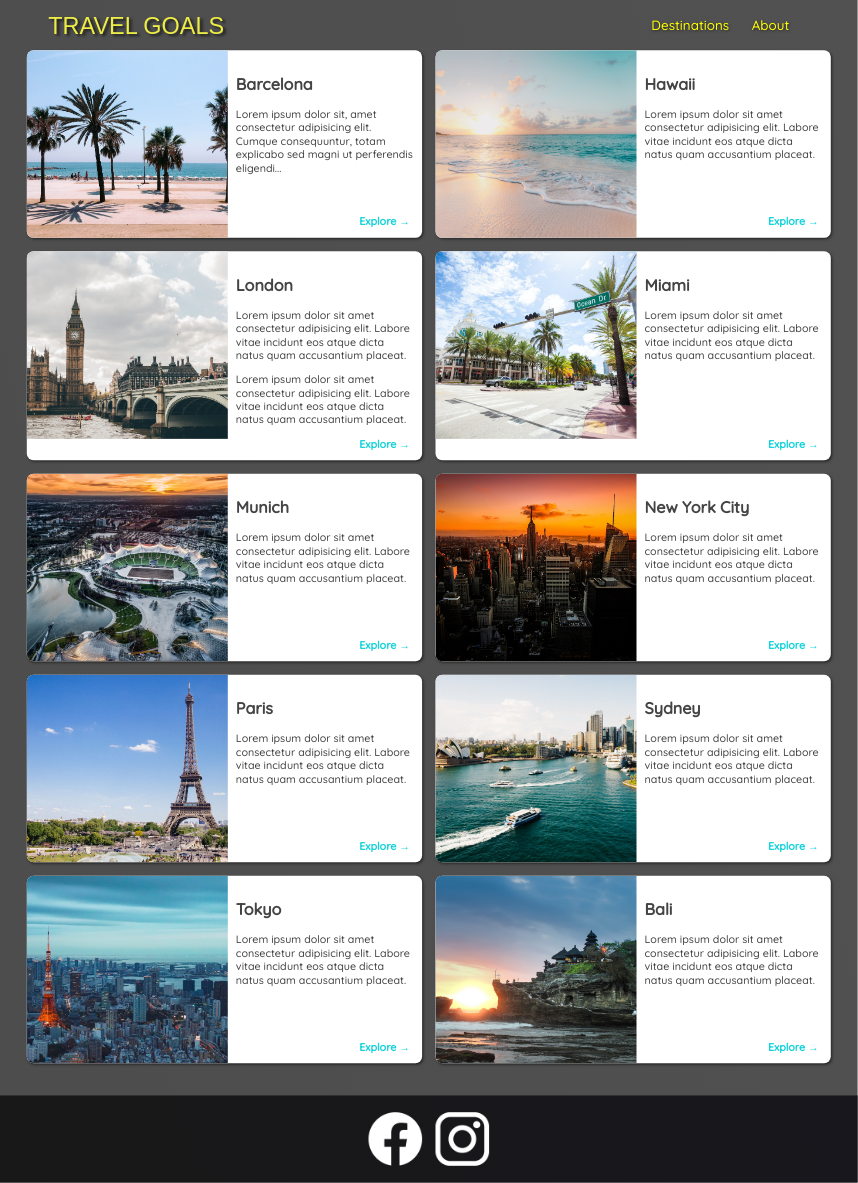
Repository: MicTomm/Travel-Goals
Page: places.html
The author's editor kept a copy of each file at every save. The page is drawn from the files as they stood at one save, then again after the next save.
The browser window is 1280 px wide. The pictures show the whole page, at 67% of full size.
Some web fonts or font styles are not loaded; a fallback is used.

Above is the page before, as saved 2023-06-09 10:38:31.

After the next save:
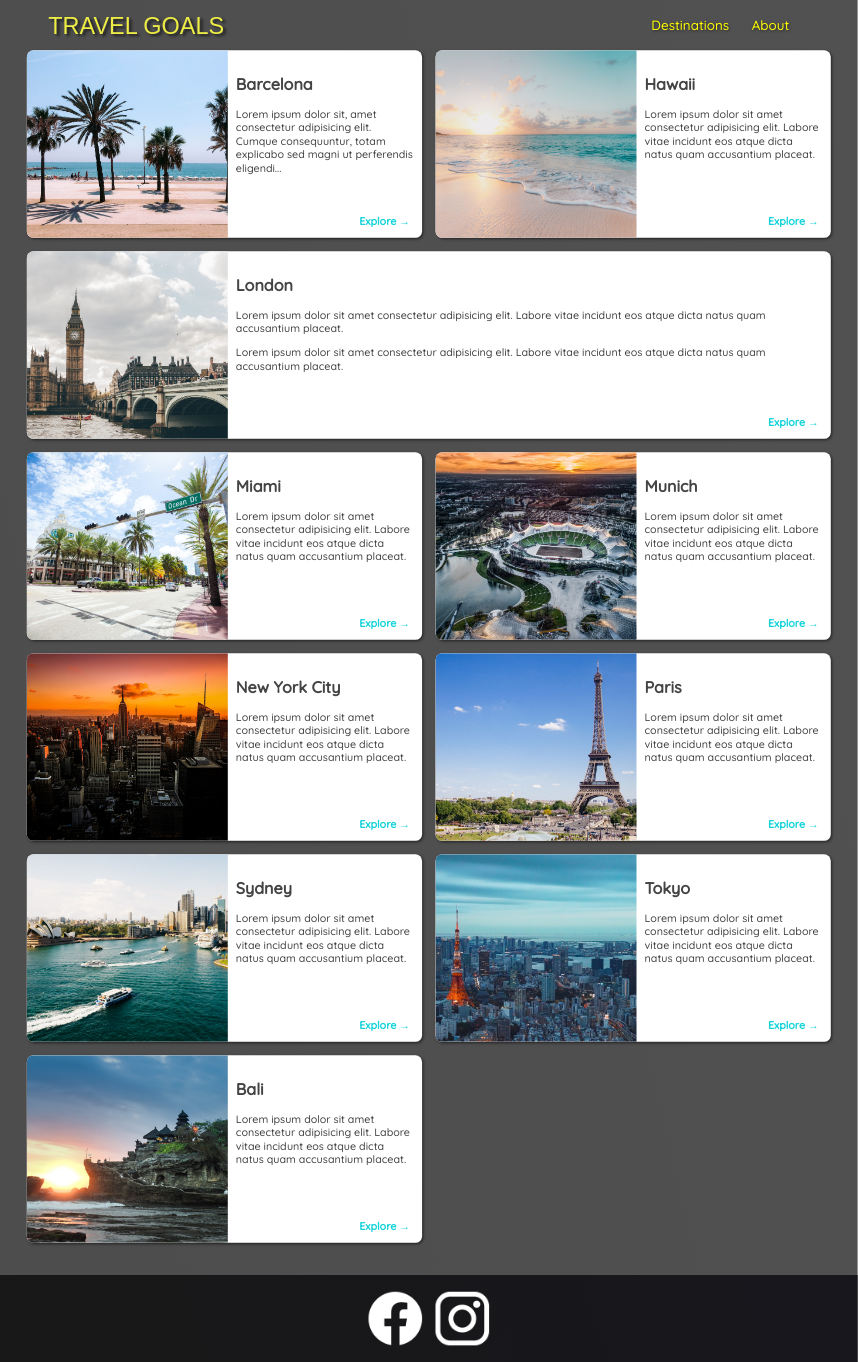
Saved 7 min 44 s later.
--- a/styles/places.css
+++ b/styles/places.css
@@ -25,6 +25,10 @@ main li {
     border-radius: 10px;
     overflow: hidden;
     box-shadow: 2px 2px 4px rgba(0, 0, 0, 0.5);
+}
+
+main li:nth-of-type(3){
+    grid-column: 1 / span 2;
 }
 
 main li img {
